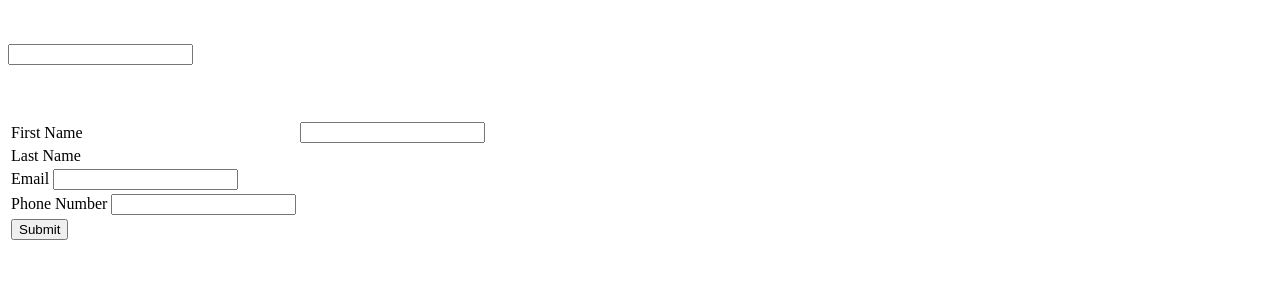
Repository: Jeevith-U/Advance-Java
Page: http://localhost/JSPTags/login1.jsp
These files come from the project's save history. The page is drawn as it stood at one moment and after the next save; the edit follows.
The browser window is 1280 px wide. The pictures show the whole page.
The page is served by Tomcat 9.

Above is the page before, as saved 2023-08-19 04:02:58.

After the next save:
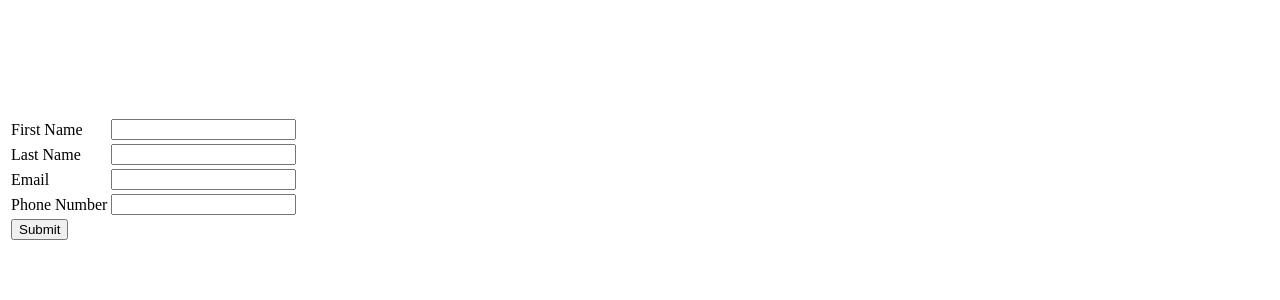
Saved 67 s later.
--- a/JSPTags/src/main/webapp/login1.jsp
+++ b/JSPTags/src/main/webapp/login1.jsp
@@ -19,17 +19,17 @@
 			<br>
 			<tr>
 				<td><label for="lname">Last Name</label> </td>
-				<input type="text"id="lname" name="lname"></td>
+				<td><input type="text"id="lname" name="lname"></td>
 			</tr>
 			<br>
 			<br>
 			<tr>
-				<td><label for="email">Email</label> <input type="email"
-					id="email" name="email"></td>
+				<td><label for="email">Email</label></td>
+				<td> <input type="email"id="email" name="email"></td>
 			</tr>
 			<tr>
-				<td><label for="tel">Phone Number</label> <input type="tel"
-					id="tel" name="tel"></td>
+				<td><label for="tel">Phone Number</label></td>
+			 <td><input type="tel"id="tel" name="tel"></td>
 			</tr>
 			<br>
 			<br>
